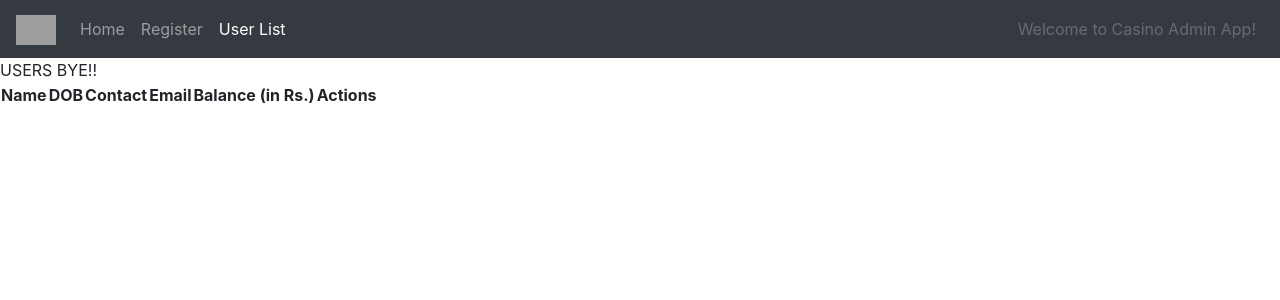
Repository: piyushrulesyou/CasinoGameApplication
Page: http://localhost/adminPanel/UsersList.jsp
The author's editor kept a copy of each file at every save. The page is drawn from the files as they stood at one save, then again after the next save.
The browser window is 1280 px wide. The pictures show the whole page.
Pictures or frames that could not be fetched are drawn as grey boxes. The page is served by Tomcat 9. Nobody is signed in. The application's start-up code is not run. Other server files are loaded and not shown.

Above is the page before, as saved 2019-10-31 17:52:08.

### AdminPanel/adminPanel/src/main/webapp/UsersList.jsp
<%@ taglib uri="http://java.sun.com/jsp/jstl/core" prefix="c"%>

<%@ page language="java" contentType="text/html; charset=ISO-8859-1"
	pageEncoding="ISO-8859-1" isELIgnored="false"%>

<!DOCTYPE html>
<html>
<head>
<title>UsersList</title>
<meta charset="utf-8">

<meta name="viewport" content="width=device-width, initial-scale=1">


<link rel="stylesheet"
	href="https://maxcdn.bootstrapcdn.com/bootstrap/4.3.1/css/bootstrap.min.css">
<script
	src="https://ajax.googleapis.com/ajax/libs/jquery/3.4.1/jquery.min.js"></script>
<script
	src="https://cdnjs.cloudflare.com/ajax/libs/popper.js/1.14.7/umd/popper.min.js"></script>
<script
	src="https://maxcdn.bootstrapcdn.com/bootstrap/4.3.1/js/bootstrap.min.js"></script>
</head>
<body>

	<nav class="navbar navbar-expand-sm bg-dark navbar-dark">
		<!-- 	<nav class="navbar navbar-expand-sm navbar-light bg-faded"> -->
		<a class="navbar-brand" href="index.jsp"> <img
			src="https://www.slotnite.com/images/sliders/livecasino/casino1.png"
			alt="logo" style="width: 40px;">
		</a>

		<!-- Links -->
		<ul class="navbar-nav mr-auto">
			<li class="nav-item"><a class="nav-link" href="index.jsp">Home</a></li>
			<li class="nav-item"><a class="nav-link" href="RegisterUser.jsp">Register</a></li>
			<li class="nav-item"><a class="nav-link active" href="">User
					List</a></li>
		</ul>
		<ul class="navbar-nav">
			<li class="nav-item"><span class="nav-link disabled">Welcome
					to Casino Admin App!</span></li>
		</ul>
	</nav>

	USERS ${listOfUsers.size()} BYE!!

	<table class="w3-table-all w3-centered">
		<tr>
			<th>Name</th>
			<th>DOB</th>
			<th>Contact</th>
			<th>Email</th>
			<th>Balance (in Rs.)</th>
			<th>Actions</th>
		</tr>

		<c:forEach items="${listOfUsers}" var="item">

			<tr>
				<td>${item.customerName}</td>
				<td>${item.dateOfBirth}</td>
				<td>${item.contactNumber}</td>
				<td>${item.emailId}</td>
				<td>${item.accountBalance}</td>

<!-- 				<td><a -->
<%-- 					href="edit?employeeCode=${item.employeeCode}&hrName=${hrName}"><button --%>
<!-- 							class="buttonEdit">Edit</button></a> <a -->
<%-- 					href="delete?employeeName=${item.employeeName}&employeeCode=${item.employeeCode}&hrName=${hrName}"><button --%>
<!-- 							class="buttonDelete">Delete</button></a></td> -->

			</tr>
		</c:forEach>
	</table>


	<%-- 	<c:forEach var="i" begin="1" end="3"> --%>

	<%-- 	${listOfUsers.get(i).getCustomerName()} --%>

	<%-- 	</c:forEach> --%>



</body>
</html>

After the next save:
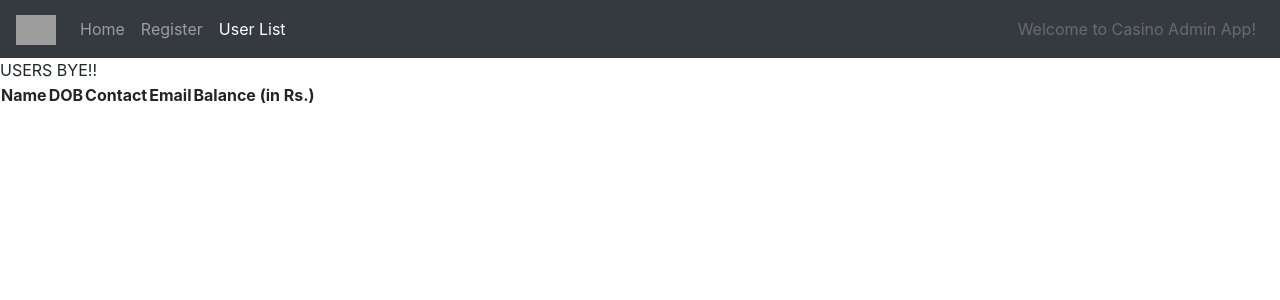
Saved 8 s later.
--- a/AdminPanel/adminPanel/src/main/webapp/UsersList.jsp
+++ b/AdminPanel/adminPanel/src/main/webapp/UsersList.jsp
@@ -52,7 +52,7 @@
 			<th>Contact</th>
 			<th>Email</th>
 			<th>Balance (in Rs.)</th>
-			<th>Actions</th>
+<!-- 			<th>Actions</th> -->
 		</tr>
 
 		<c:forEach items="${listOfUsers}" var="item">
